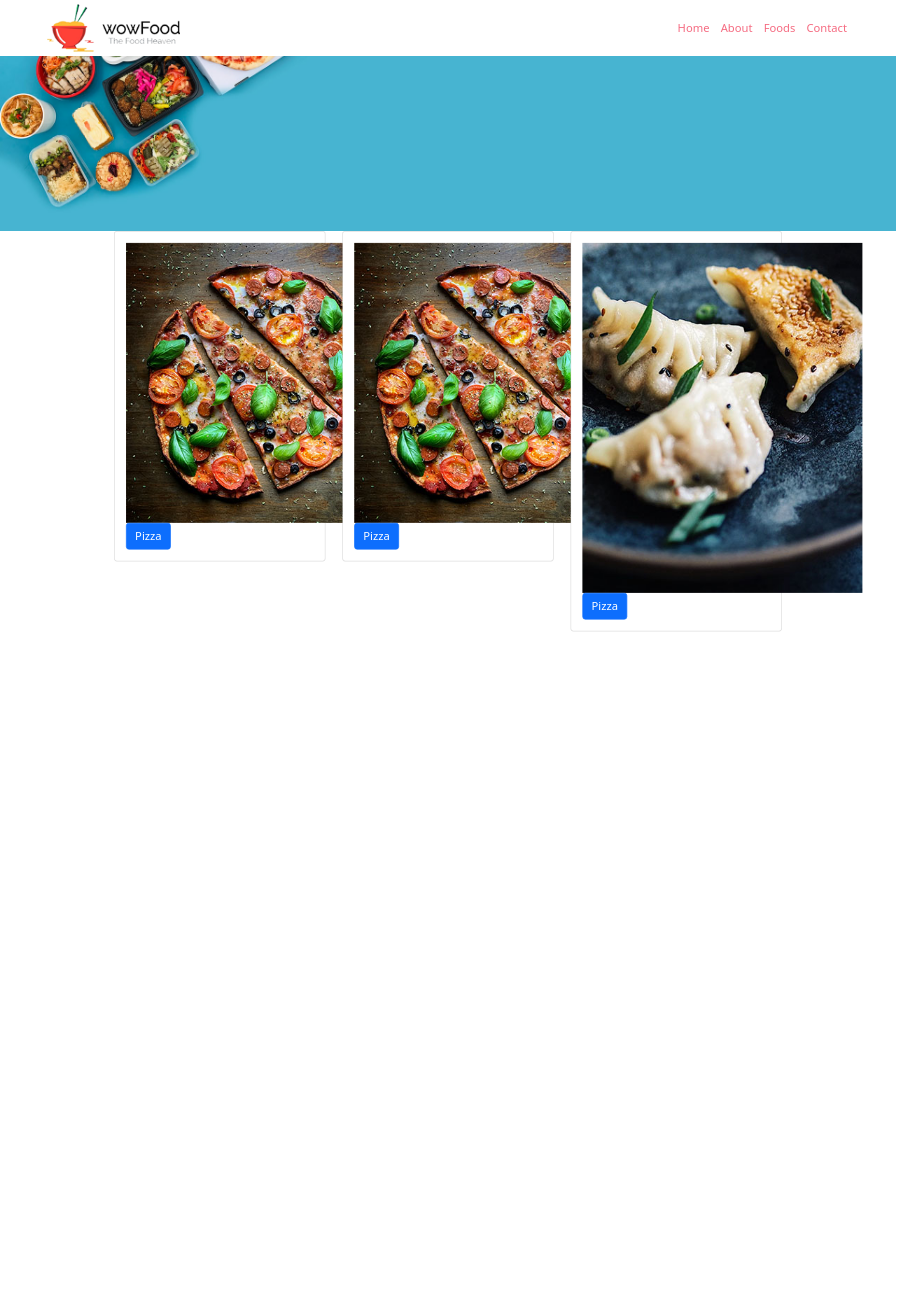
Repository: ruaruababa/RestaurantBS5
Page: html/index.html
These files come from the project's save history. The page is drawn as it stood at one moment and after a run of saves; the edit follows.
The browser window is 1280 px wide. The page is 1292 px wide, so the pictures cover 1292 px, including what lies to the right of the window. The pictures show the part of the page from y = 0 to 1880 px (the page is 3080 px tall), at 70% of full size.

Above is the page before, as saved 2021-09-25 17:09:16.

### html/index.html
<!DOCTYPE html>
<html lang="en">

<head>
    <meta charset="UTF-8" />
    <meta http-equiv="X-UA-Compatible" content="IE=edge" />
    <meta name="viewport" content="width=device-width, initial-scale=1.0" />
    <title>Document</title>
    <link href="https://cdn.jsdelivr.net/npm/bootstrap@5.1.1/dist/css/bootstrap.min.css" rel="stylesheet"
        integrity="sha384-F3w7mX95PdgyTmZZMECAngseQB83DfGTowi0iMjiWaeVhAn4FJkqJByhZMI3AhiU" crossorigin="anonymous" />
    <link rel="stylesheet" href="https://cdn.jsdelivr.net/npm/bootstrap-icons@1.5.0/font/bootstrap-icons.css" />
    <link rel="stylesheet" href="/css/style.css">
</head>

<body>
    <nav class="navbar navbar-expand-lg navbar-light bg-light nav-fixed">
        <div class="container-fluid ">
            <a class="navbar-brand" href="#">
                <img src="/img/logo.png" alt="">
            </a>
            <button class="navbar-toggler" type="button" data-bs-toggle="collapse"
                data-bs-target="#navbarSupportedContent" aria-controls="navbarSupportedContent" aria-expanded="false"
                aria-label="Toggle navigation">
                <span class="navbar-toggler-icon"></span>
            </button>
            <div class="collapse navbar-collapse" id="navbarSupportedContent">
                <ul class="navbar-nav ">
                    <li class="nav-item">
                        <a class="nav-link active nav-link-fixed" aria-current="page" href="#">Home</a>
                    </li>
                    <li class="nav-item">
                        <a class="nav-link active nav-link-fixed" aria-current="page" href="#">About</a>
                    </li>
                    <li class="nav-item">
                        <a class="nav-link active nav-link-fixed" aria-current="page" href="#">Foods</a>
                    </li>
                    <li class="nav-item">
                        <a class="nav-link active nav-link-fixed" aria-current="page" href="#">Contact</a>
                    </li>
                </ul>
            </div>
        </div>
    </nav>

    <!-- End navbar -->

    <section style="margin-top: 80px;">
        <div class="container-section" style="">
            <img src="/img/bg.jpg" class="img-fluid" alt="Responsive image"
                style="height:250px; width:100%; object-fit: cover;">
            <form action="" class="form-search"
                style="width: 100%; position: absolute; top: 50%; transform: translateY(-50%); text-align: center;">
                <input type="text" placeholder="Search for Food" style="width:35%">
                <input type="button" value="Search">
            </form>
        </div>
    </section>

    <!-- end section background -->

    <section>
        <div class="row justify-content-center">
            <div class="col-sm-3">
                <div class="card">
                    <div class="card-body">
                        <img src="/img/menu-pizza.jpg" alt="">
                        <a href="#" class="btn btn-primary">Pizza</a>
                    </div>
                </div>
            </div>
            <div class="col-sm-3">
                <div class="card">
                    <div class="card-body">
                        <img src="/img/menu-pizza.jpg" alt="">
                        <a href="#" class="btn btn-primary">Pizza</a>
                    </div>
                </div>
            </div>
            <div class="col-sm-3">
                <div class="card">
                    <div class="card-body">
                        <img src="/img/momo.jpg" alt="">
                        <a href="#" class="btn btn-primary">Pizza</a>
                    </div>
                </div>
            </div>
        </div>
    </section>

    <script src="https://cdn.jsdelivr.net/npm/bootstrap@5.1.1/dist/js/bootstrap.bundle.min.js"
        integrity="sha384-/bQdsTh/da6pkI1MST/rWKFNjaCP5gBSY4sEBT38Q/9RBh9AH40zEOg7Hlq2THRZ" crossorigin="anonymous">
    </script>
</body>

</html>

### css/style.css
body{
    height: 3000px!important;
}
.nav-fixed{
    background-color: white!important;
    padding: 0 50px;
    position: fixed;
    width: 100%;
    z-index: 1;
    top: 0;
}
.navbar-collapse{
    justify-content: end;
}
.nav-link-fixed{
    text-align: center;
    color: #f56b81!important;
}

After the next 2 saves:
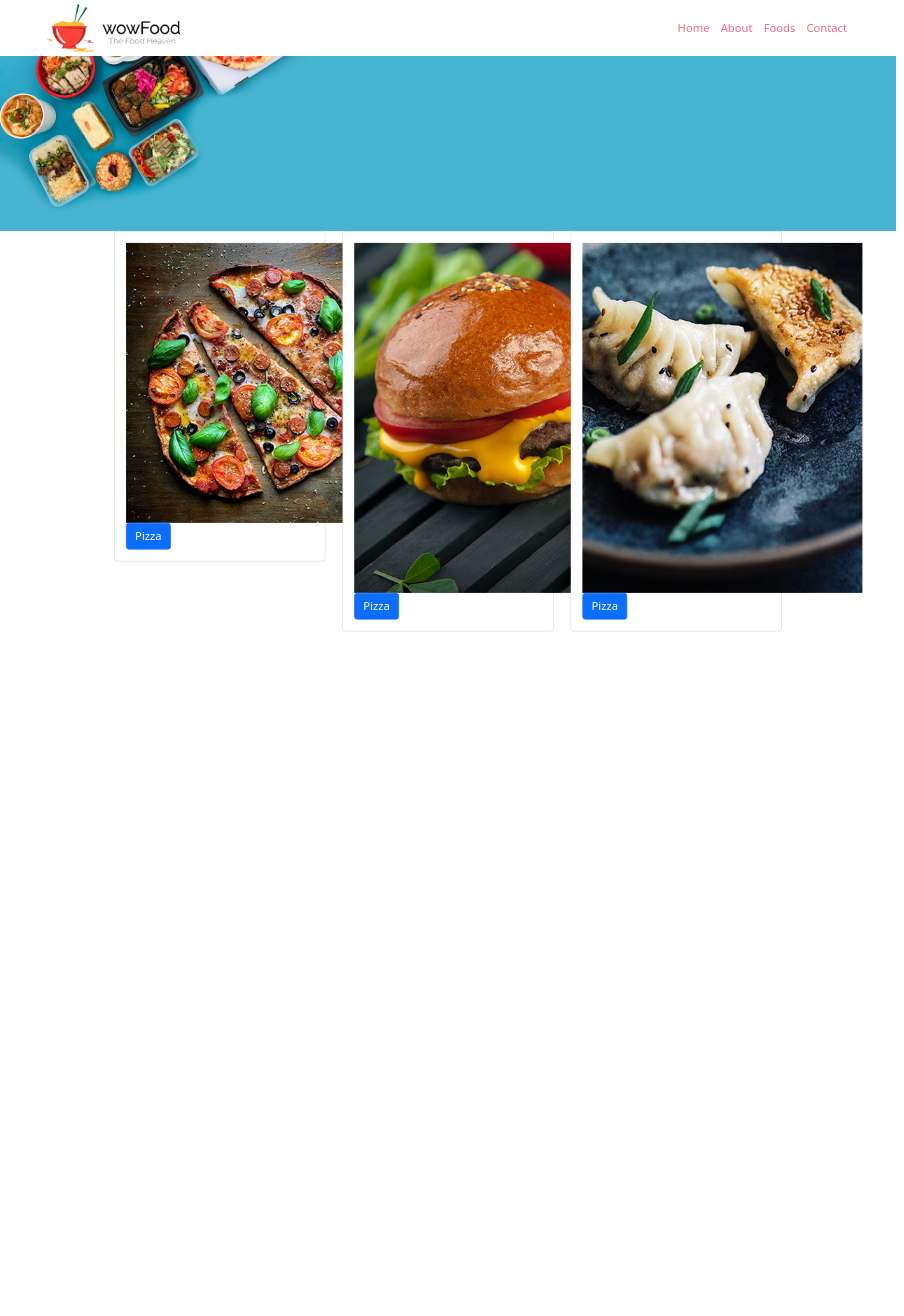
The 2 saves are shown as one change because they came seconds apart.
The last was saved 7 s later.
--- a/html/index.html
+++ b/html/index.html
@@ -71,7 +71,7 @@
             <div class="col-sm-3">
                 <div class="card">
                     <div class="card-body">
-                        <img src="/img/menu-pizza.jpg" alt="">
+                        <img src="/img/burger.jpg" alt="">
                         <a href="#" class="btn btn-primary">Pizza</a>
                     </div>
                 </div>
